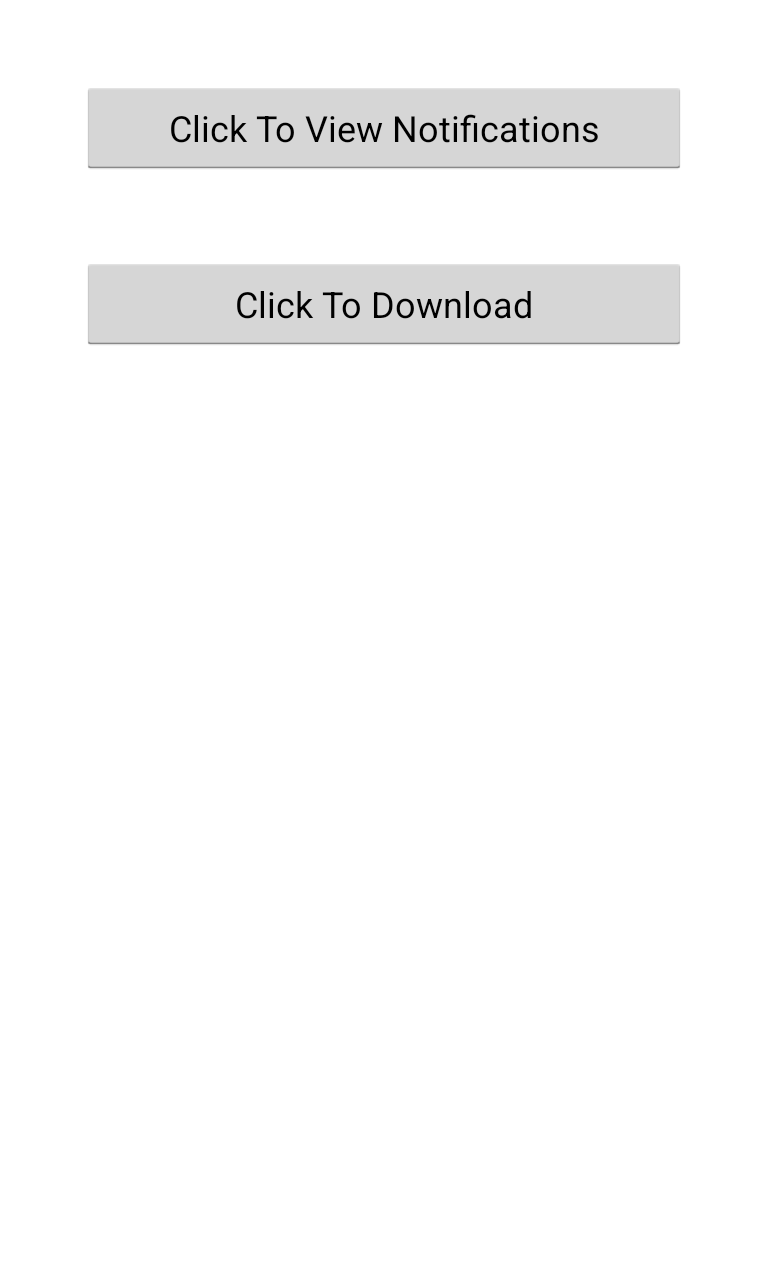
Repository: harishkumar93/harish_AndroidTraining2014
Layout: Exam/BroadCastActivity/res/layout/main.xml
An editor plug-in stored every save of this project. The layout is shown before and after the next save, followed by the edit.
It is drawn on a 768 x 1280 px phone screen (xhdpi) without system bars, with theme AppTheme; the app's code is not run.

Above is the layout before, as saved 2014-10-06 11:32:34.

After the next save:
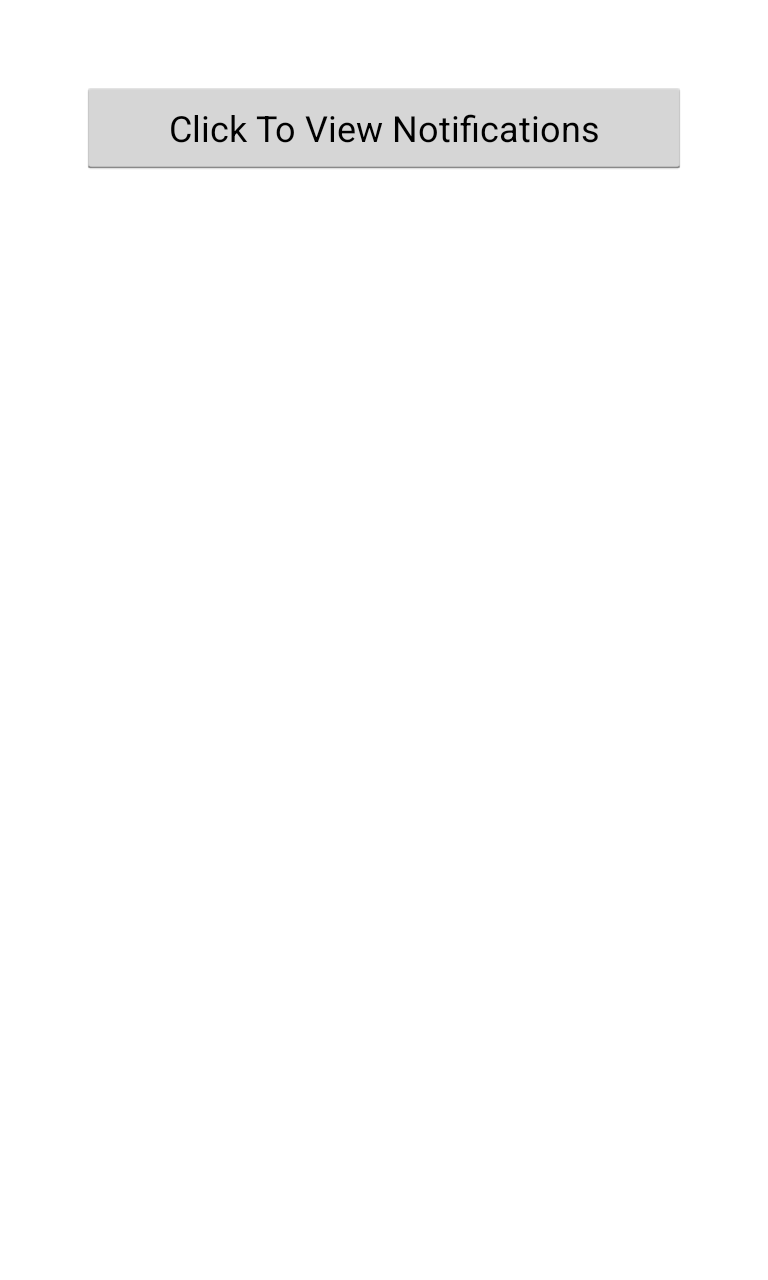
Saved 70 s later.
--- a/Exam/BroadCastActivity/res/layout/main.xml
+++ b/Exam/BroadCastActivity/res/layout/main.xml
@@ -14,15 +14,7 @@
         android:layout_marginTop="40dp"
         />
 
-    <Button
-        android:layout_width="match_parent"
-        android:layout_height="wrap_content"
-        android:id="@+id/download_btn"
-        android:text="@string/download_txt"
-        android:layout_marginLeft="40dp"
-        android:layout_marginRight="40dp"
-        android:layout_marginTop="40dp"
-        />
+
 
 
 
